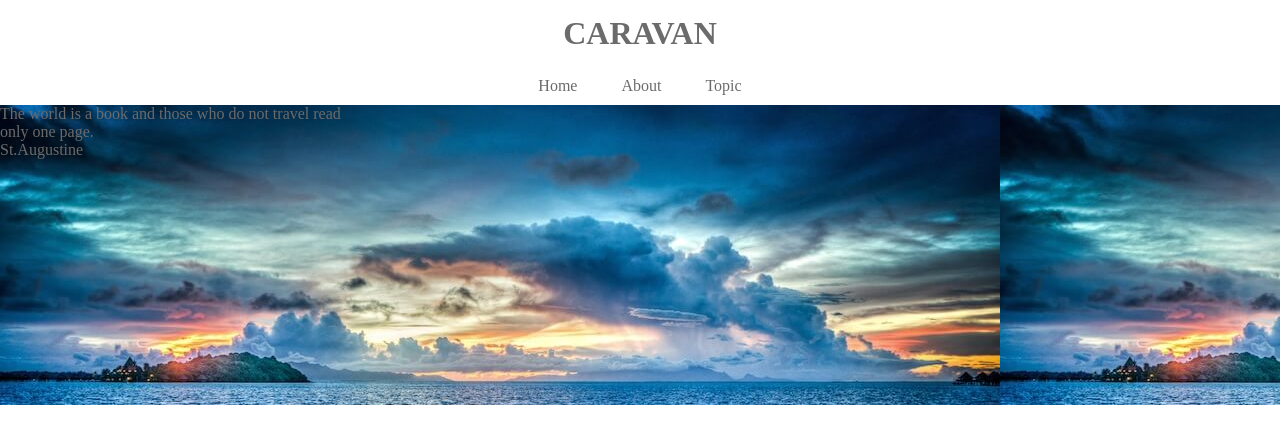
Repository: Raychel-310/chapter10
Page: chapter6/chapter6.html
The author's editor kept a record of every edit. The page is drawn from the files as they stood at one moment, then again after the next edit.
The browser window is 1280 px wide. The pictures show the whole page.

Above is the page before.

After the next edit:
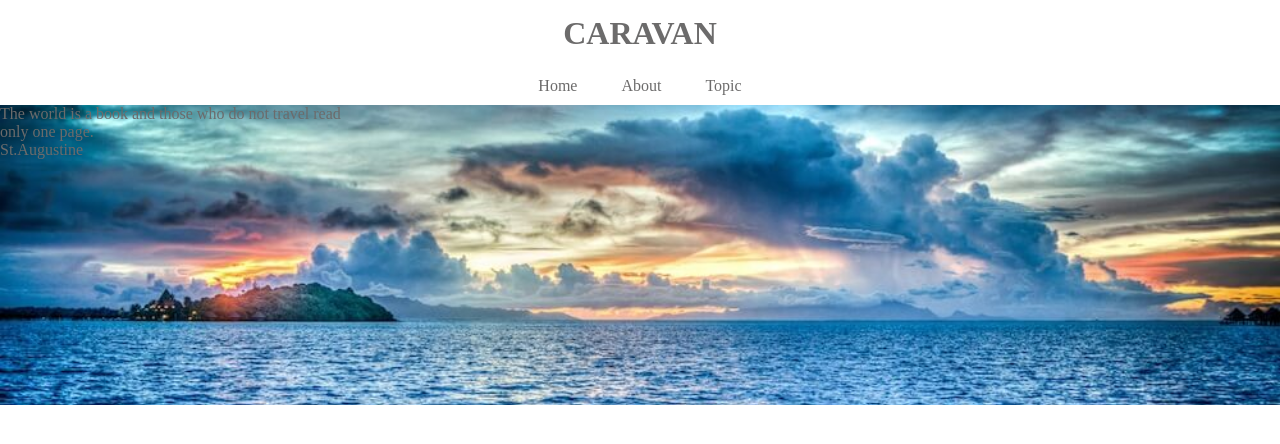
The edit:
--- a/chapter6/chapter6.css
+++ b/chapter6/chapter6.css
@@ -38,6 +38,8 @@
   width: 100%;
   height: 300px;
   background-image: url(img/mv.jpg);
+  background-size: cover; /* 縦横比を維持したまま背景領域を埋め尽くす */
+  background-position: center; /* 背景画像を中央に配置 */
 }
 
 .main-visual-content {
